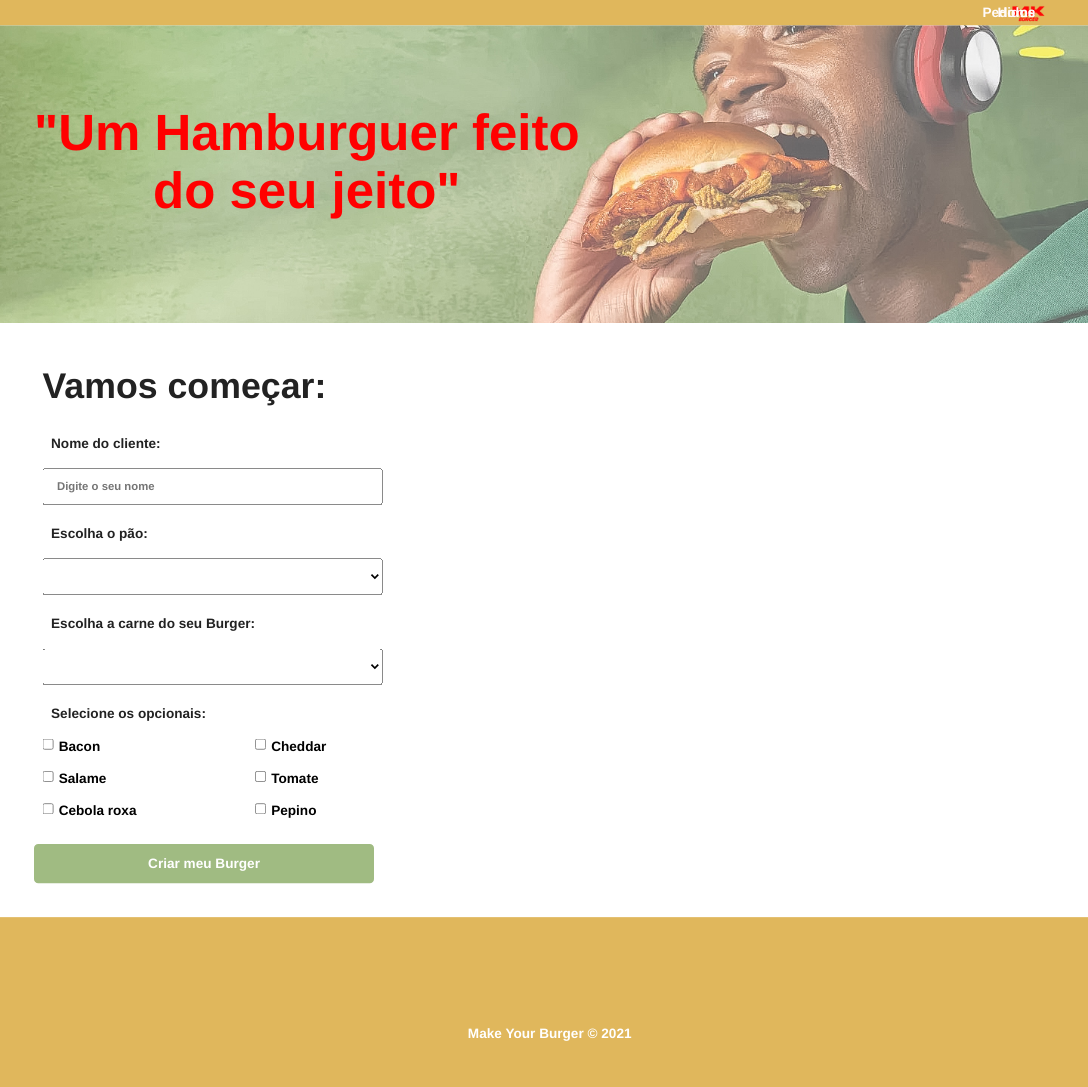
Repository: MarcoantonioCaldeira/Sistema-para-Hamburgueria
Page: /
The author's editor kept a copy of each file at every save. The page is drawn from the files as they stood at one save, then again after the next save.
The browser window is 1280 px wide. The pictures show the whole page, at 85% of full size.
The project was rebuilt for these pictures with package versions that can differ from the ones it lists, and the page was loaded fresh each time. Requests to the local data server were answered from the project's data file. Also part of the build but not shown: vue.config.js.

Above is the page before, as saved 2022-11-02 18:05:06.

After the next save:
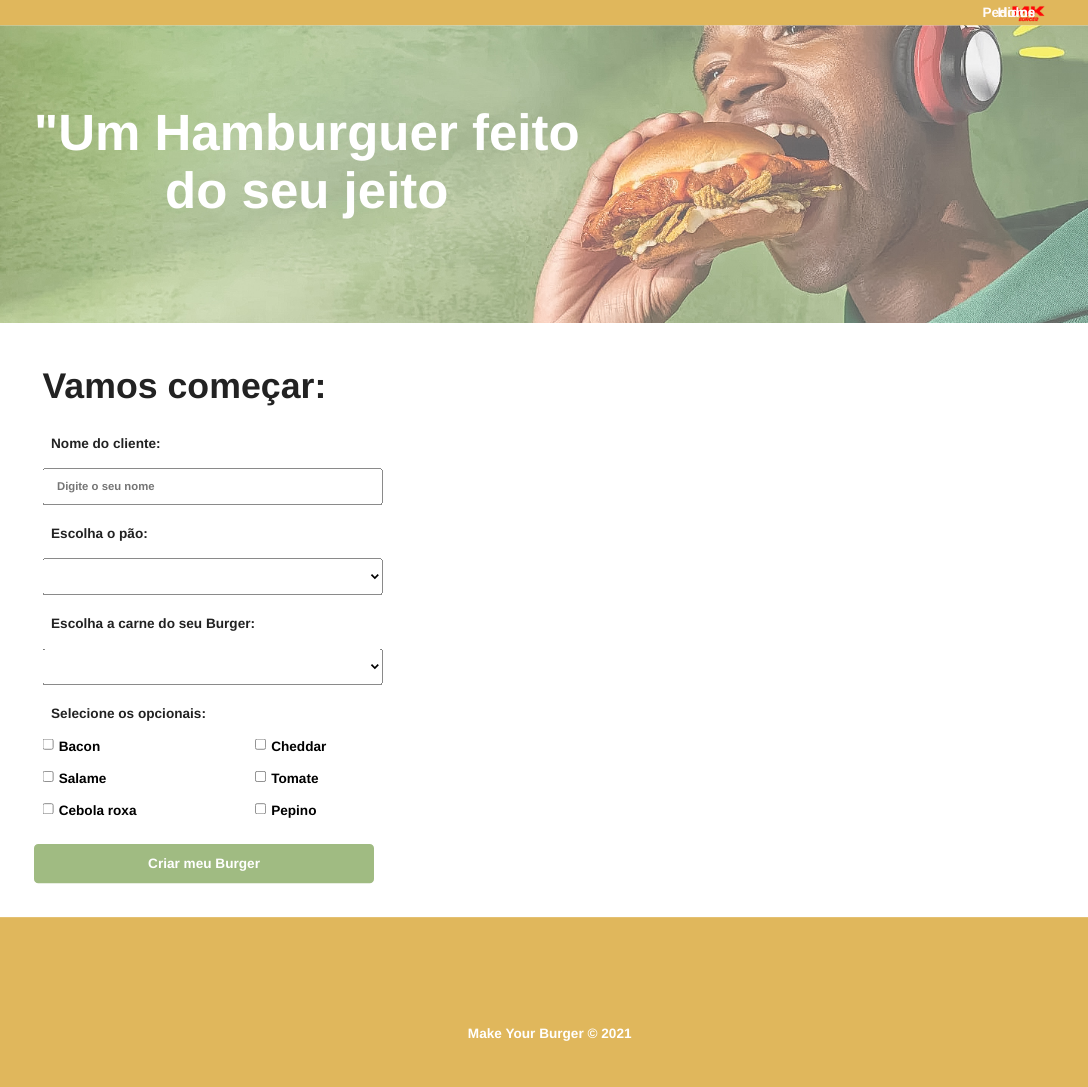
Saved 5 s later.
--- a/src/components/Banner.vue
+++ b/src/components/Banner.vue
@@ -1,6 +1,6 @@
 <template>
    <div id="main-banner">
-    <h1>"Um Hamburguer feito <br> do seu jeito"</h1>
+    <h1>"Um Hamburguer feito <br> do seu jeito</h1>
    </div>
 </template>
 <script>
@@ -23,7 +23,7 @@ export default{
 }
 
 #main-banner h1{
-    color: red;
+    color: #fff;
     text-align: center;
     font-size: 60px;
     padding: 20px 40px;
